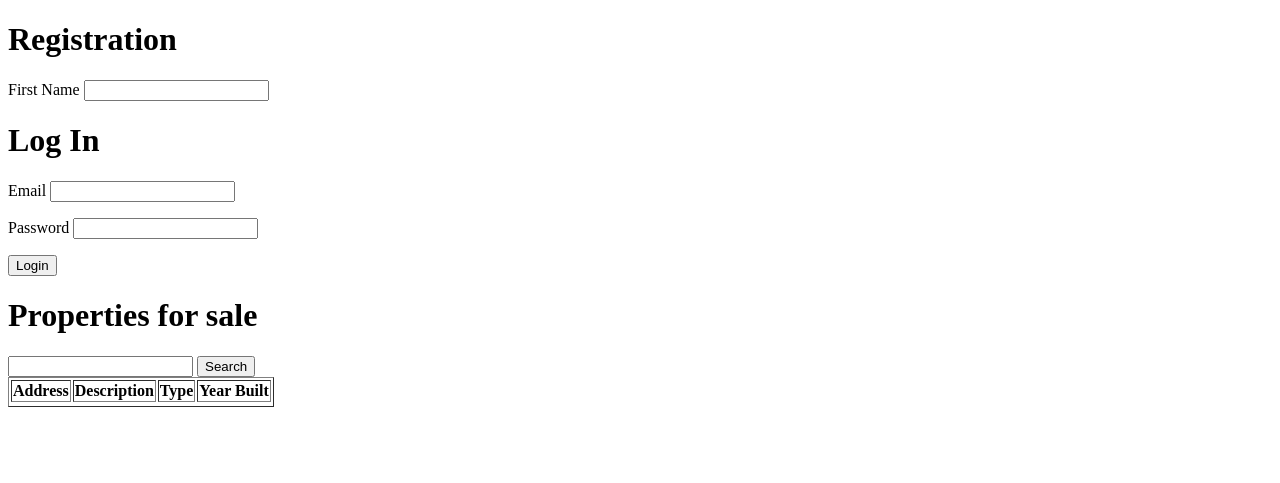
Repository: rickytorrez/test
Page: http://localhost/dcHome/WEB-INF/home.jsp
These files come from the project's save history. The page is drawn as it stood at one moment and after the next save; the edit follows.
The browser window is 1280 px wide. The pictures show the whole page.
The page is served by Tomcat 9. Nobody is signed in. Other server files are loaded and not shown. The template is opened directly, without the code that normally fills it, so the values that code supplies are empty.

Above is the page before, as saved 2018-06-01 18:21:49.

### dcHome/src/main/webapp/WEB-INF/home.jsp
<%@ page language="java" contentType="text/html; charset=UTF-8"
    pageEncoding="UTF-8"%>
<%@ taglib uri="http://java.sun.com/jsp/jstl/core" prefix="c" %>
<%@taglib prefix="fmt" uri="http://java.sun.com/jsp/jstl/fmt"%>
<%@taglib prefix="form" uri="http://www.springframework.org/tags/form"%>
<%@ taglib prefix="spring" uri="http://www.springframework.org/tags" %>
<!DOCTYPE html PUBLIC "-//W3C//DTD HTML 4.01 Transitional//EN" "http://www.w3.org/TR/html4/loose.dtd">
<html>
	<head>
		<meta http-equiv="Content-Type" content="text/html; charset=UTF-8">
		<title>Insert title here</title>
	</head>
	<body>
<%-- 	    <c:if test="${errors != null}">
	    		<c:forEach items="${errors}" var="err">
	    			<p>${err.defaultMessage}</p>
	    		</c:forEach>
	    </c:if>

  		<form:form action="/users/new" method="post" modelAttribute="user">
 			<p>
 				<form:label path="firstname">First Name
 					<form:errors path="firstname"></form:errors>
 					<form:input type="text" path="firstname"></form:input>
 				</form:label>
 			</p>
 			<p>
 				<form:label path="lastname">Last Name
 					<form:errors path="lastname"></form:errors>
 					<form:input type="text" path="lastname"></form:input>
 				</form:label>
 			</p>
 			<p>
 				<form:label path="username">Username
 					<form:errors path="username"></form:errors>
 					<form:input type="text" path="username"></form:input>
 				</form:label>
 			</p>
 			<p>
 				<form:label path="email">Email
 					<form:errors path="email"></form:errors>
 					<form:input type="text" path="email"></form:input>
 				</form:label>
 			</p>
 			<p>
 				<form:label path="password">Password
 					<form:errors path="password"></form:errors>
 					<form:input type="password" path="password"></form:input>
 				</form:label>
 			</p>
 			<p>
 				<form:label path="realtor">Option:
 					<form:errors path="realtor"></form:errors>
 					<form:select path="realtor">
 						<form:option value="true">Realtor</form:option>
 						<form:option value="false">Buyer</form:option>
 					</form:select>
 				</form:label>
 			</p>
 			<input type="submit" value="Register"/>
 		</form:form>

 		<c:if test="${error !=null}">
 				<p>${ error }</p>
 		</c:if> --%>

 		<h1>Registration</h1>

 		<form action="/users/new" method="post">
 			<p>
	 			<label>First Name</label>
	 			<input type="text" name="firstname">
 			</p>


 		</form>




 		<h1>Log In</h1>

 		<form action="/users/login" method="post">
 			<p>
 				<label>Email
 					<input type="text" name="email"/>
 				</label>
 			</p>
 			<p>
 				<label>Password
 					<input type="password" name="password"/>
 				</label>
 			</p>
 			<input type="submit" value="Login"/>
 		</form>

 		<h1>Properties for sale</h1>

 			<form method="GET" action="/users/search" >
				<input type="text" name="search" />
				<input type="submit" value="Search" />
			</form>

 			<table border="1px">
				<tr>
					<th>Address</th>
					<th>Description</th>
					<th>Type</th>
					<th>Year Built</th>

				</tr>
				<c:forEach items="${listings}" var="listing">
				<tr>
					<td>${ listing.address }</td>
		 			<td>${ listing.description }</td>
		 			<td>${ listing.type }</td>
		 			<td><a href="/listings/${listing.id}"><button>View</button></a></td>

				</tr>
				</c:forEach>

				<tr></tr>
			</table>

	</body>
</html>

After the next save:
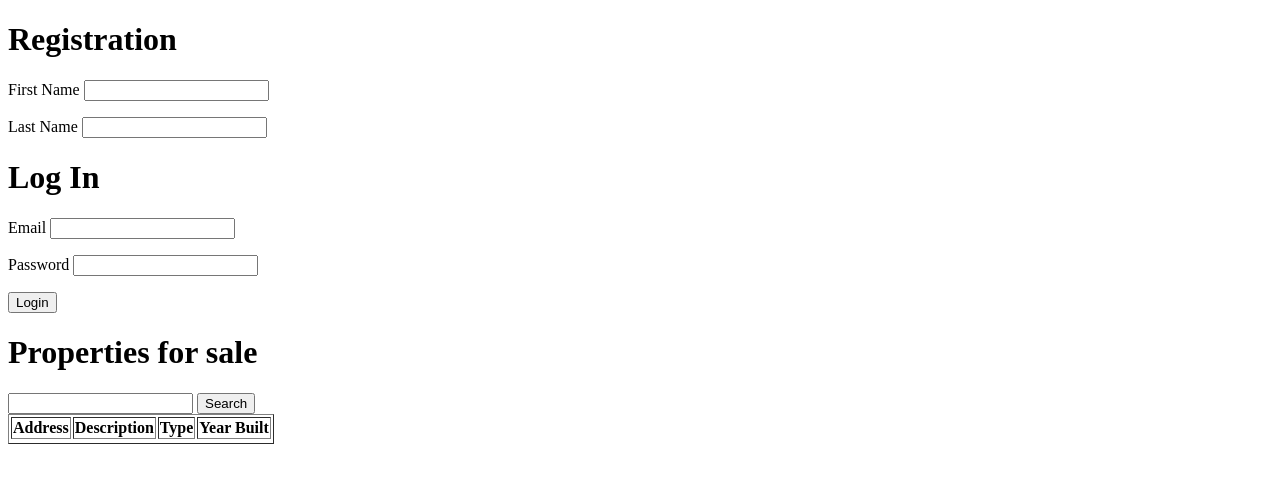
Saved 13 s later.
--- a/dcHome/src/main/webapp/WEB-INF/home.jsp
+++ b/dcHome/src/main/webapp/WEB-INF/home.jsp
@@ -71,6 +71,10 @@
 	 			<label>First Name</label>
 	 			<input type="text" name="firstname">
  			</p>
+ 			<p>
+	 			<label>Last Name</label>
+	 			<input type="text" name="lastname">
+ 			</p>
 
 
  		</form>
